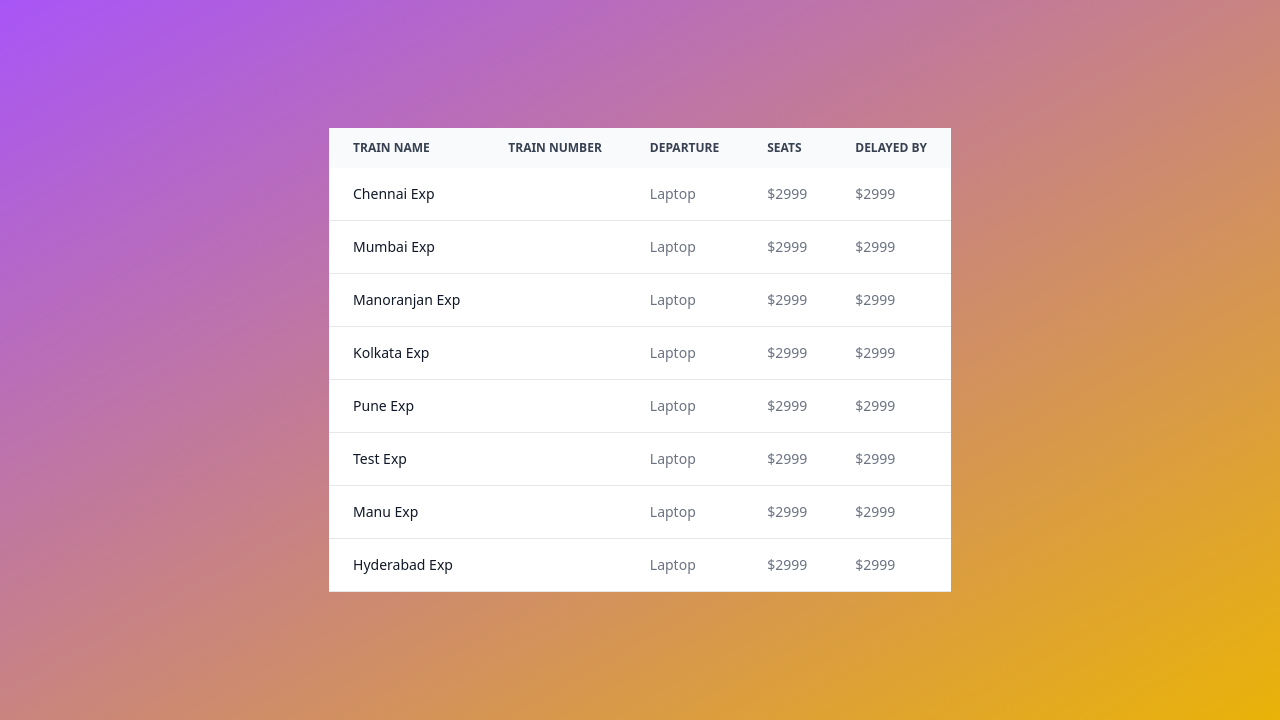
Repository: theanmol-raj/2010080029
Page: /
An editor plug-in stored every save of this project. The page is shown before and after the next save, followed by the edit.
The browser window is 1280 px wide. The pictures show the whole page.
The project was rebuilt for these pictures with package versions that can differ from the ones it lists, and the page was loaded fresh each time.

Above is the page before, as saved 2023-04-29 20:44:53.

After the next save:
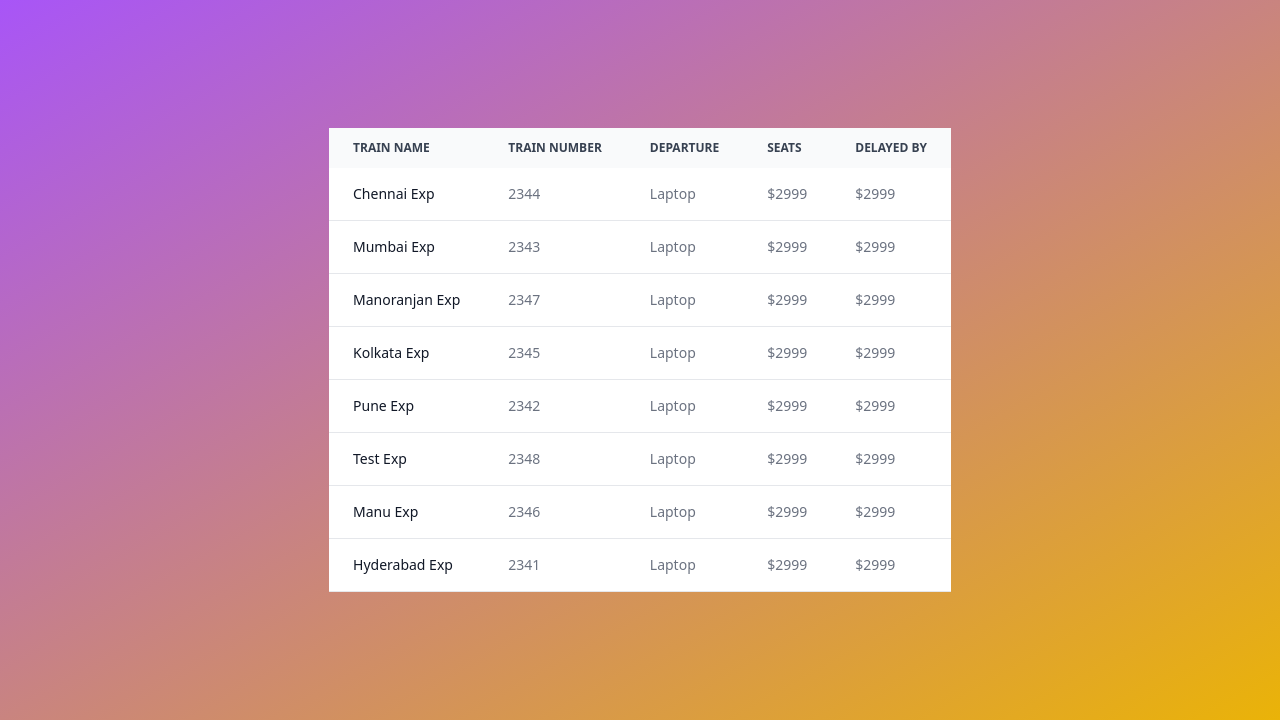
Saved 5 s later.
--- a/src/components/TrainINfo.jsx
+++ b/src/components/TrainINfo.jsx
@@ -34,7 +34,7 @@
                 >
                   {item.trainName}
                 </th>
-                <td class="px-6 py-4">{item.rrainNumber}</td>
+                <td class="px-6 py-4">{item.trainNumber}</td>
                 <td class="px-6 py-4">Laptop</td>
                 <td class="px-6 py-4">$2999</td>
                 <td class="px-6 py-4">$2999</td>
